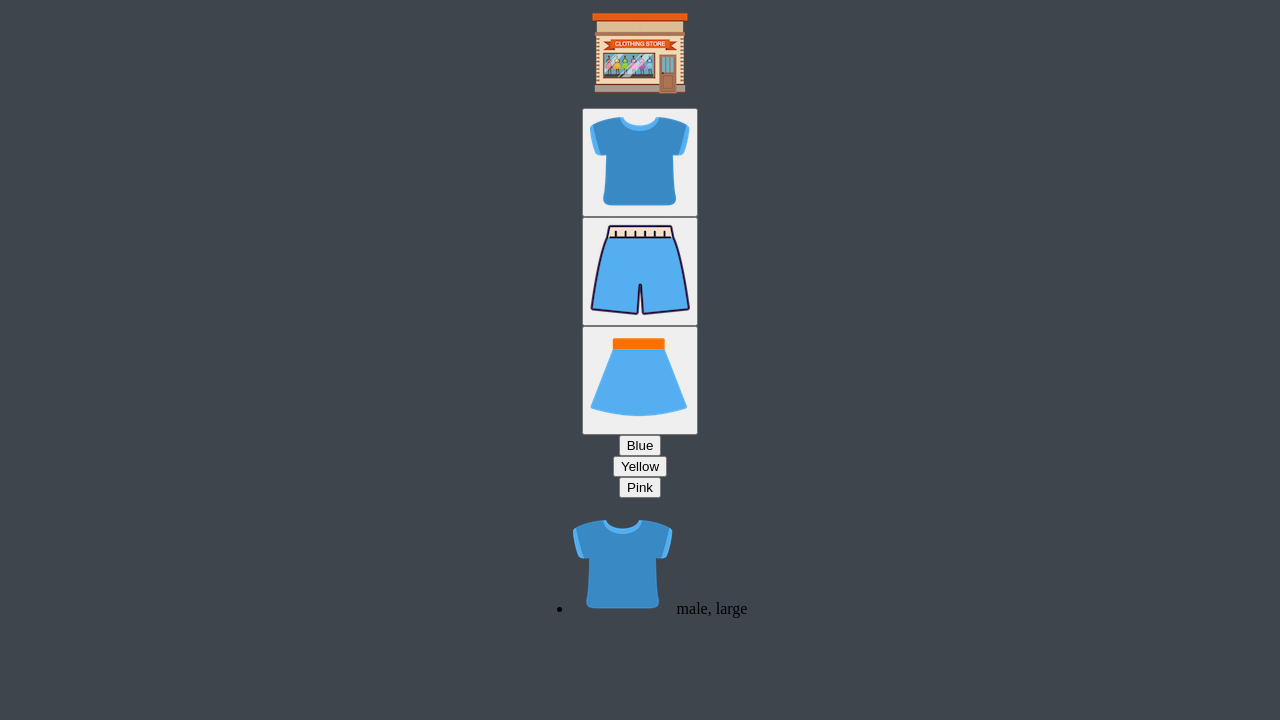
Repository: GoodHoneyCake/Dream_Coding_Academy1
Page: index.html
These files come from the project's save history. The page is drawn as it stood at one moment and after the next save; the edit follows.
The browser window is 1280 px wide. The pictures show the whole page.

Above is the page before, as saved 2021-01-06 16:10:59.

### index.html
<!DOCTYPE html>
<html lang="en">
  <head>
    <meta charset="UTF-8" />
    <meta name="viewport" content="width=device-width, initial-scale=1.0" />
    <title>Online Shopping</title>
    <link rel="stylesheet" href="style.css" />
    <script src="src/main.js" defer></script>
  </head>
  <body>
    <!-- Logo -->
    <img src="img/logo.png" alt="Logo" class="logo" />
    <!-- Buttons -->
    <button class="btn">
      <img src="img/blue_t.png" alt="tshirt" class="imgBtn" />
    </button>
    <button class="btn">
      <img src="img/blue_p.png" alt="pants" class="imgBtn" />
    </button>
    <button class="btn">
      <img src="img/blue_s.png" alt="skirt" class="imgBtn" />
    </button>
    <button class="btn colorBtn blue">Blue</button>
    <button class="btn colorBtn yellow">Yellow</button>
    <button class="btn colorBtn pink">Pink</button>
    <!-- Items -->
    <ul class="items">
      <li class="item">
        <img src="img/blue_t.png" alt="tshirt" class="item_thumbnail" />
        <span class="item__description">male, large</span>
      </li>
    </ul>
  </body>
</html>

### style.css
:root {
  /* color */
  --color-black: #3f454d;
  --color-white: #ffffff;
  --color-blue: #3b88c3;
  --color-yellow: #fbbe28;
  --color-pink: #fd7f84;
  --color-light-grey: #dfdfdf;
}

* {
  box-sizing: border-box;
}

body {
  background-color: var(--color-black);
  display: flex;
  flex-direction: column;
  justify-content: center;
  align-items: center;
}

Loaded but not shown: src/main.js (no stored copy; drawn as an empty file)

After the next save:
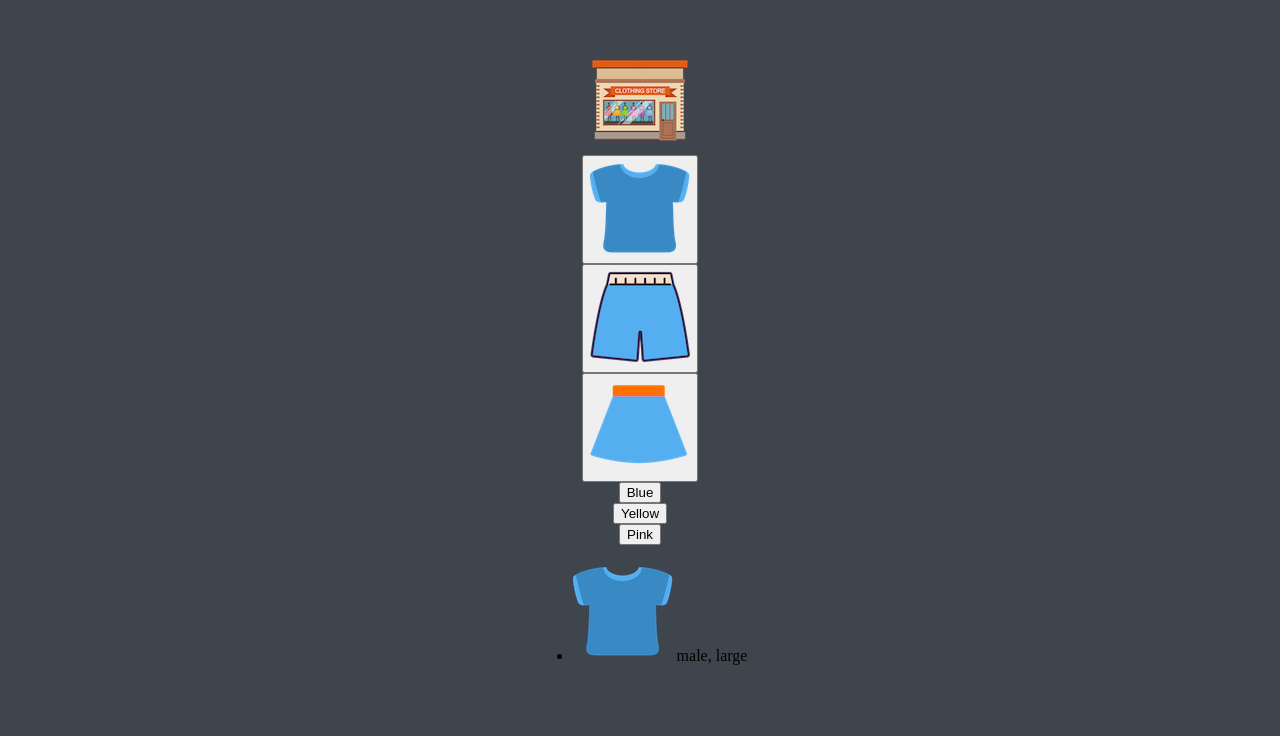
Saved 68 s later.
--- a/style.css
+++ b/style.css
@@ -13,6 +13,7 @@
 }
 
 body {
+  height: 100vh;
   background-color: var(--color-black);
   display: flex;
   flex-direction: column;
